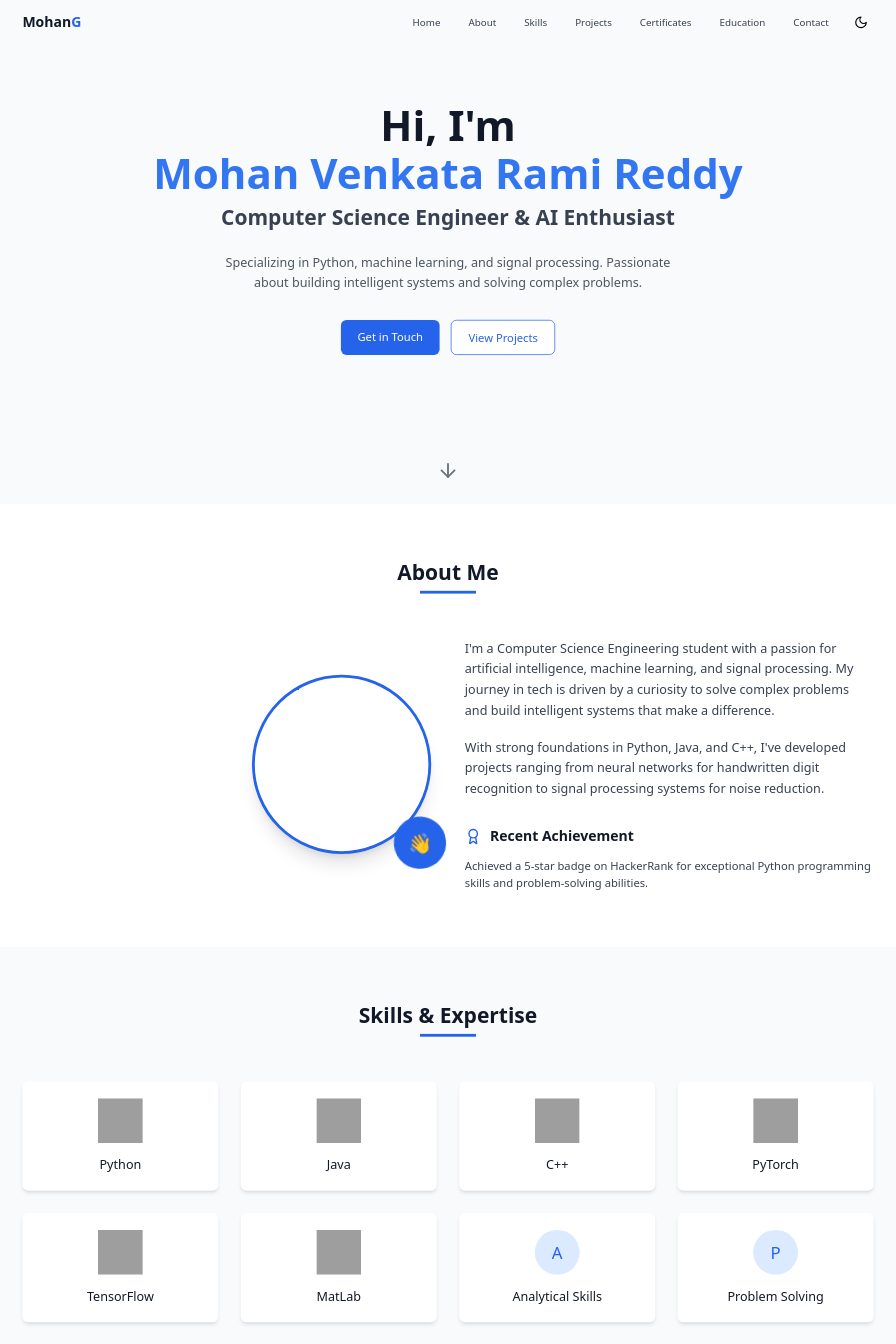
Repository: Mohan2347/updated-portfolio
Page: /
These files come from the project's save history. The page is drawn as it stood at one moment and after a run of saves; the edit follows.
The browser window is 1280 px wide. The pictures show the part of the page from y = 0 to 1920 px (the page is 5902 px tall), at 70% of full size.
Pictures or frames that could not be fetched are drawn as grey boxes. The project was rebuilt for these pictures with package versions that can differ from the ones it lists, and the page was loaded fresh each time. Also part of the build but not shown: vite.config.ts.

Above is the page before, as saved 2025-04-27 15:39:07.

### index.html
<!doctype html>
<html lang="en">
  <head>
    <meta charset="UTF-8" />
    <link rel="icon" type="image/svg+xml" href="/vite.svg" />
    <meta name="viewport" content="width=device-width, initial-scale=1.0" />
    <meta name="description" content="Portfolio of Mohan Venkata Rami Reddy Gudibandi - Computer Science Engineer & AI Enthusiast">
    <title>Mohan Gudibandi | Portfolio</title>
  </head>
  <body>
    <div id="root"></div>
    <script type="module" src="/src/main.tsx"></script>
  </body>
</html>

### src/App.tsx
import React, { useState, useEffect } from 'react';
import Navbar from './components/Navbar';
import Hero from './components/Hero';
import About from './components/About';
import Skills from './components/Skills';
// import Experience from './components/Experience';
import Projects from './components/Projects';
import Certificates from './components/Certificates';
import Education from './components/Education';
import Contact from './components/Contact';
import Footer from './components/Footer';
import Background from './components/Background';

function App() {
  const [isDarkMode, setIsDarkMode] = useState(false);

  useEffect(() => {
    const savedDarkMode = localStorage.getItem('darkMode');

    if (savedDarkMode === 'true') {
      setIsDarkMode(true);
      document.documentElement.classList.add('dark');
    } else if (savedDarkMode === null) {
      const prefersDark = window.matchMedia('(prefers-color-scheme: dark)').matches;
      setIsDarkMode(prefersDark);
      if (prefersDark) document.documentElement.classList.add('dark');
    }
  }, []);

  const toggleDarkMode = () => {
    setIsDarkMode(!isDarkMode);

    if (!isDarkMode) {
      document.documentElement.classList.add('dark');
      localStorage.setItem('darkMode', 'true');
    } else {
      document.documentElement.classList.remove('dark');
      localStorage.setItem('darkMode', 'false');
    }
  };

  return (
    <div className="min-h-screen bg-white dark:bg-gray-900 transition-colors duration-300">
      <Background />
      <Navbar isDarkMode={isDarkMode} toggleDarkMode={toggleDarkMode} />
      <Hero />
      <About />
      <Skills />
      {/* <Experience /> */}
      <Projects />
      <Certificates />
      <Education />
      <Contact />
      <Footer isDarkMode={isDarkMode} toggleDarkMode={toggleDarkMode} />
    </div>
  );
}

export default App;

### src/components/Skills.tsx
import React from 'react';
import { skills } from '../data/portfolio';
import { motion } from 'framer-motion';

const Skills: React.FC = () => {
  const skillIcons = {
    'Python': 'https://cdn.jsdelivr.net/gh/devicons/devicon/icons/python/python-original.svg',
    'Java': 'https://cdn.jsdelivr.net/gh/devicons/devicon/icons/java/java-original.svg',
    'C++': 'https://cdn.jsdelivr.net/gh/devicons/devicon/icons/cplusplus/cplusplus-original.svg',
    'PyTorch': 'https://cdn.jsdelivr.net/gh/devicons/devicon/icons/pytorch/pytorch-original.svg',
    'TensorFlow': 'https://cdn.jsdelivr.net/gh/devicons/devicon/icons/tensorflow/tensorflow-original.svg',
    'MatLab': 'https://cdn.jsdelivr.net/gh/devicons/devicon/icons/matlab/matlab-original.svg',
    'Jupyter Notebook': 'https://cdn.jsdelivr.net/gh/devicons/devicon/icons/jupyter/jupyter-original.svg',
    'VS Code': 'https://cdn.jsdelivr.net/gh/devicons/devicon/icons/vscode/vscode-original.svg',
    'GitHub': 'https://cdn.jsdelivr.net/gh/devicons/devicon/icons/github/github-original.svg',
  };

  const container = {
    hidden: { opacity: 0 },
    show: {
      opacity: 1,
      transition: {
        staggerChildren: 0.1
      }
    }
  };

  const item = {
    hidden: { opacity: 0, y: 20 },
    show: { opacity: 1, y: 0 }
  };

  return (
    <section id="skills" className="py-20 bg-gray-50 dark:bg-gray-900 transition-colors duration-300">
      <div className="max-w-7xl mx-auto px-4 sm:px-6 lg:px-8">
        <div className="text-center mb-16">
          <h2 className="text-3xl font-bold text-gray-900 dark:text-white transition-colors duration-300">
            Skills & Expertise
          </h2>
          <div className="mt-2 h-1 w-20 bg-blue-600 mx-auto"></div>
        </div>

        <motion.div
          variants={container}
          initial="hidden"
          animate="show"
          className="grid grid-cols-2 md:grid-cols-3 lg:grid-cols-4 gap-8"
        >
          {skills.map((skill) => (
            <motion.div
              key={skill.name}
              variants={item}
              className="bg-white dark:bg-gray-800 rounded-lg p-6 shadow-md transition-all duration-300 hover:shadow-lg hover:scale-105"
            >
              <div className="flex flex-col items-center space-y-4">
                {skillIcons[skill.name] ? (
                  <img
                    src={skillIcons[skill.name]}
                    alt={skill.name}
                    className="w-16 h-16"
                  />
                ) : (
                  <div className="w-16 h-16 bg-blue-100 dark:bg-blue-900 rounded-full flex items-center justify-center">
                    <span className="text-2xl text-blue-600 dark:text-blue-400">{skill.name[0]}</span>
                  </div>
                )}
                <h3 className="text-lg font-medium text-gray-900 dark:text-white text-center">
                  {skill.name}
                </h3>
              </div>
            </motion.div>
          ))}
        </motion.div>
      </div>
    </section>
  );
};

export default Skills;

### src/components/Certificates.tsx
import React from 'react';
import { certificates } from '../data/portfolio';
import { Award } from 'lucide-react';

const Certificates: React.FC = () => {
  return (
    <section id="certificates" className="py-20 bg-gray-50 dark:bg-gray-900 transition-colors duration-300">
      <div className="max-w-7xl mx-auto px-4 sm:px-6 lg:px-8">
        <div className="text-center mb-16">
          <h2 className="text-3xl font-bold text-gray-900 dark:text-white transition-colors duration-300">
            Certificates
          </h2>
          <div className="mt-2 h-1 w-20 bg-blue-600 mx-auto"></div>
        </div>

        <div className="grid grid-cols-1 md:grid-cols-2 lg:grid-cols-3 gap-8">
          {certificates.map((certificate, index) => (
            <div
              key={index}
              className="bg-white dark:bg-gray-800 rounded-lg overflow-hidden shadow-md transition-all duration-300 hover:shadow-lg hover:translate-y-[-5px]"
            >
              <div className="h-48 overflow-hidden">
                <img
                  src={certificate.image}
                  alt={certificate.title}
                  className="w-full h-full object-cover transform hover:scale-110 transition-transform duration-300"
                />
              </div>

              <div className="p-6">
                <div className="flex items-center mb-4">
                  <Award size={24} className="text-blue-600 mr-3" />
                  <h3 className="text-xl font-semibold text-gray-900 dark:text-white transition-colors duration-300">
                    {certificate.title}
                  </h3>
                </div>

                <p className="text-blue-600 dark:text-blue-400 font-medium transition-colors duration-300">
                  {certificate.issuer}
                </p>

                <p className="text-sm text-gray-500 dark:text-gray-400 mb-4 transition-colors duration-300">
                  {certificate.date}
                </p>

                <p className="text-gray-700 dark:text-gray-300 transition-colors duration-300">
                  {certificate.description}
                </p>
              </div>
            </div>
          ))}
        </div>
      </div>
    </section>
  );
};

export default Certificates;

### src/components/Education.tsx
import React from 'react';
import { education } from '../data/portfolio';
import { GraduationCap } from 'lucide-react';

const Education: React.FC = () => {
  return (
    <section id="education" className="py-20 bg-white dark:bg-gray-800 transition-colors duration-300">
      <div className="max-w-7xl mx-auto px-4 sm:px-6 lg:px-8">
        <div className="text-center mb-16">
          <h2 className="text-3xl font-bold text-gray-900 dark:text-white transition-colors duration-300">
            Education
          </h2>
          <div className="mt-2 h-1 w-20 bg-blue-600 mx-auto"></div>
        </div>

        <div className="relative">
          {/* Timeline line */}
          <div className="absolute left-0 sm:left-1/2 transform sm:translate-x-[-50%] h-full w-1 bg-blue-200 dark:bg-blue-900 transition-colors duration-300"></div>

          <div className="space-y-12">
            {education.map((edu, index) => (
              <div key={index} className="relative">
                {/* Timeline dot */}
                <div className="absolute left-0 sm:left-1/2 transform sm:translate-x-[-50%] w-6 h-6 rounded-full bg-blue-600 border-4 border-white dark:border-gray-800 transition-colors duration-300"></div>

                <div className={`sm:w-1/2 ml-10 sm:ml-0 ${
                  index % 2 === 0 ? 'sm:pr-12 sm:text-right' : 'sm:pl-12 sm:ml-auto'
                }`}>
                  <div className="bg-gray-50 dark:bg-gray-700 p-5 rounded-lg shadow-md transition-all duration-300 hover:shadow-lg">
                    <div className={`flex items-center mb-2 ${
                      index % 2 === 0 ? 'justify-end' : ''
                    }`}>
                      <GraduationCap size={20} className={`text-blue-600 ${
                        index % 2 === 0 ? 'ml-2 order-2' : 'mr-2'
                      }`} />
                      <h3 className="text-lg font-semibold text-gray-900 dark:text-white transition-colors duration-300">
                        {edu.institution}
                      </h3>
                    </div>

                    <p className="text-gray-600 dark:text-gray-300 transition-colors duration-300">
                      {edu.location}
                    </p>

                    <p className="text-blue-600 dark:text-blue-400 font-medium mt-2 transition-colors duration-300">
                      {edu.degree}
                    </p>

                    <div className="flex flex-wrap items-center justify-between mt-2">
                      <span className="bg-blue-100 dark:bg-blue-900 text-blue-800 dark:text-blue-200 px-3 py-1 rounded-full text-sm transition-colors duration-300">
                        {edu.score}
                      </span>
                      <span className="text-gray-500 dark:text-gray-400 text-sm transition-colors duration-300">
                        {edu.period}
                      </span>
                    </div>
                  </div>
                </div>
              </div>
            ))}
          </div>
        </div>
      </div>
    </section>
  );
};

export default Education;

### src/components/Footer.tsx
import React from 'react';
import { Heart } from 'lucide-react';

interface FooterProps {
  isDarkMode: boolean;
  toggleDarkMode: () => void;
}

const Footer: React.FC<FooterProps> = ({ isDarkMode, toggleDarkMode }) => {
  const currentYear = new Date().getFullYear();

  return (
    <footer className="bg-white dark:bg-gray-800 py-8 transition-colors duration-300">
      <div className="max-w-7xl mx-auto px-4 sm:px-6 lg:px-8">
        <div className="border-t border-gray-200 dark:border-gray-700 pt-8 transition-colors duration-300">
          <div className="flex flex-col md:flex-row justify-between items-center">
            <div className="mb-4 md:mb-0">
              <p className="text-gray-600 dark:text-gray-400 transition-colors duration-300">
                &copy; {currentYear} Mohan Venkata Rami Reddy. All rights reserved.
              </p>
            </div>

            <div className="flex items-center space-x-6">
              <button
                onClick={toggleDarkMode}
                className="text-gray-600 dark:text-gray-400 hover:text-blue-600 dark:hover:text-blue-400 transition-colors duration-300"
                aria-label={isDarkMode ? "Switch to light mode" : "Switch to dark mode"}
              >
                {isDarkMode ? "Light Mode" : "Dark Mode"}
              </button>

              <a
                href="#home"
                className="text-gray-600 dark:text-gray-400 hover:text-blue-600 dark:hover:text-blue-400 transition-colors duration-300"
              >
                Back to Top
              </a>
            </div>
          </div>

          <div className="mt-6 text-center text-gray-500 dark:text-gray-500 text-sm transition-colors duration-300 flex items-center justify-center">
            <span>Built with</span>
            <Heart size={16} className="text-red-500 mx-1" />
            <span>using React & Tailwind CSS</span>
          </div>
        </div>
      </div>
    </footer>
  );
};

export default Footer;

### src/components/Background.tsx
import React from 'react';
import { useCallback } from "react";
import Particles from "react-particles";
import type { Container, Engine } from "tsparticles-engine";
import { loadSlim } from "tsparticles-slim";

const Background: React.FC = () => {
  const particlesInit = useCallback(async (engine: Engine) => {
    await loadSlim(engine);
  }, []);

  const particlesLoaded = useCallback(async (container: Container | undefined) => {
    console.log(container);
  }, []);

  return (
    <Particles
      className="fixed top-0 left-0 w-full h-full -z-10"
      id="tsparticles"
      init={particlesInit}
      loaded={particlesLoaded}
      options={{
        background: {
          color: {
            value: "transparent",
          },
        },
        fpsLimit: 120,
        interactivity: {
          events: {
            onClick: {
              enable: true,
              mode: "push",
            },
            onHover: {
              enable: true,
              mode: "grab",
              parallax: {
                enable: true,
                force: 60,
                smooth: 10
              }
            },
            resize: true,
          },
          modes: {
            push: {
              quantity: 4,
            },
            grab: {
              distance: 200,
              links: {
                opacity: 0.5
              }
            }
          },
        },
        particles: {
          color: {
            value: "#3b82f6",
          },
          links: {
            color: "#3b82f6",
            distance: 150,
            enable: true,
            opacity: 0.3,
            width: 1,
            triangles: {
              enable: true,
              opacity: 0.05
            }
          },
          move: {
            direction: "none",
            enable: true,
            outModes: {
              default: "bounce",
            },
            random: false,
            speed: 1,
            straight: false,
            attract: {
              enable: true,
              rotateX: 600,
              rotateY: 1200
            }
          },
          number: {
            density: {
              enable: true,
              area: 800,
            },
            value: 80,
          },
          opacity: {
            value: 0.5,
            random: true,
            anim: {
              enable: true,
              speed: 1,
              opacity_min: 0.1,
              sync: false
            }
          },
          shape: {
            type: "circle",
          },
          size: {
            value: { min: 1, max: 3 },
            random: true,
            anim: {
              enable: true,
              speed: 2,
              size_min: 0.1,
              sync: false
            }
          },
        },
        detectRetina: true,
      }}
    />
  );
};

export default Background;

### src/data/portfolio.ts
import { Skill, Project, Certificate, Education, Achievement, NavItem, Experience } from '../types';
import { img } from "../assests/img1.jpg"

export const navItems: NavItem[] = [
  { label: 'Home', href: '#home' },
  { label: 'About', href: '#about' },
  { label: 'Skills', href: '#skills' },
  // { label: 'Experience', href: '#experience' },
  { label: 'Projects', href: '#projects' },
  { label: 'Certificates', href: '#certificates' },
  { label: 'Education', href: '#education' },
  { label: 'Contact', href: '#contact' }
];

export const skills: Skill[] = [
  { name: 'Python', level: 90, category: 'language' },
  { name: 'Java', level: 85, category: 'language' },
  { name: 'C++', level: 80, category: 'language' },
  { name: 'PyTorch', level: 85, category: 'framework' },
  { name: 'TensorFlow', level: 80, category: 'framework' },
  { name: 'MatLab', level: 75, category: 'framework' },
  // { name: 'Jupyter Notebook', level: 90, category: 'tool' },
  // { name: 'Google Colab', level: 85, category: 'tool' },
  // { name: 'VS Code', level: 85, category: 'tool' },
  // { name: 'GitHub', level: 80, category: 'tool' },
  { name: 'Analytical Skills', level: 90, category: 'soft' },
  { name: 'Problem Solving', level: 90, category: 'soft' },
  { name: 'Communication', level: 85, category: 'soft' }
];

export const experience: Experience[] = [
  {
    title: 'Summer Training in Data Structures & Algorithms',
    company: 'Board Infinity',
    period: 'June 2024 - July 2024',
    location: 'Remote',
    description: 'Intensive training program focused on advanced DSA concepts and problem-solving techniques.',
    details: [
      'Completed a one-month training focused on Data Structures and Algorithms (DSA), strengthening problem-solving and algorithmic skills',
      'Implemented efficient algorithms and data structures such as arrays, linked lists, trees, graphs, and dynamic programming to optimize solutions',
      'Developed optimized solutions using programming languages like Java'
    ],
    techStack: ['Java', 'Data Structures', 'Algorithms'],
    image: 'https://images.pexels.com/photos/7376/startup-photos.jpg?auto=compress&cs=tinysrgb&w=1260&h=750&dpr=2'
  }
];

export const projects: Project[] = [
  {
    id: 'digit-recognition',
    title: 'Handwritten Digit Recognition Model',
    date: 'December 2024',
    description: 'CNN-based model using PyTorch to classify handwritten digits with 98.5% accuracy',
    techStack: ['Python', 'PyTorch', 'NumPy', 'OpenCV', 'Flask'],
    details: [
      'Built a CNN using PyTorch to classify handwritten digits with 98.5% accuracy',
      'Preprocessed images and optimized model performance using data augmentation',
      'Deployed the model using Flask for real-time digit recognition',
      'Evaluated model performance using confusion matrices and precision-recall curves'
    ],
    image: 'https://images.pexels.com/photos/3861969/pexels-photo-3861969.jpeg?auto=compress&cs=tinysrgb&w=1260&h=750&dpr=2'
  },
  {
    id: 'signal-processing',
    title: 'Signal Processing and Noise Reduction',
    date: 'March 2024',
    description: 'MATLAB-based system to filter noise from real-world audio signals',
    techStack: ['MATLAB', 'Signal Processing Toolbox', 'FFT'],
    details: [
      'Developed a MATLAB-based system to filter noise from real-world audio signals',
      'Applied FFT for frequency analysis and improved Signal-to-Noise Ratio (SNR)',
      'Visualized signal transformations using MATLAB\'s plotting tools',
      'Compared filter performance with traditional noise reduction methods'
    ],
    image: 'https://images.pexels.com/photos/373543/pexels-photo-373543.jpeg?auto=compress&cs=tinysrgb&w=1260&h=750&dpr=2'
  }
];

export const certificates: Certificate[] = [
  {
    title: 'C++ Programming Certification',
    issuer: 'Coursera',
    date: 'October 2023 - February 2024',
    description: 'Gained proficiency in C++ programming, covering object-oriented concepts, data structures, and algorithms',
    image: 'https://images.pexels.com/photos/1181671/pexels-photo-1181671.jpeg?auto=compress&cs=tinysrgb&w=1260&h=750&dpr=2'
  },
  {
    title: 'The Bits and Bytes of Computer Networking',
    issuer: 'Google (Coursera)',
    date: 'August 2023 - November 2023',
    description: 'Learned networking fundamentals, including TCP/IP, DNS, cloud computing, and network security',
    image: 'https://images.pexels.com/photos/1181675/pexels-photo-1181675.jpeg?auto=compress&cs=tinysrgb&w=1260&h=750&dpr=2'
  },
  {
    title: 'SQL For Data Science Certification',
    issuer: 'Great Learning',
    date: 'January 2023 - February 2023',
    description: 'Gained expertise in SQL for data extraction, manipulation, and analysis, focusing on real-world data science applications',
    image: 'https://images.pexels.com/photos/1181677/pexels-photo-1181677.jpeg?auto=compress&cs=tinysrgb&w=1260&h=750&dpr=2'
  }
];

export const education: Education[] = [
  {
    institution: 'Lovely Professional University',
    location: 'Phagwara, Punjab',
    degree: 'B. Tech - Computer Science and Engineering',
    score: 'CGPA: 6.03',
    period: 'Since August 2022'
  },
  {
    institution: 'Vignana Bharathi Junior College',
    location: 'Chirala, Andhra Pradesh',
    degree: 'Intermediate',
    score: 'Percentage: 82.9%',
    period: 'April 2020 - March 2022'
  },
  {
    institution: 'Oxford High School',
    location: 'Parchur, Andhra Pradesh',
    degree: 'Matriculation',
    score: 'Percentage: 96%',
    period: 'April 2019 - March 2020'
  }
];

export const achievements: Achievement[] = [
  {
    title: 'Hacker Rank 5-star Python Badge',
    date: 'March 2023',
    description: 'Achieved a 5-star badge on HackerRank for exceptional Python programming skills and problem-solving abilities'
  }
];

export const contact = {
  name: 'Mohan Venkata Rami Reddy Gudibandi',
  email: 'gudibandimohan95@gmail.com',
  phone: '+91-9392409489',
  linkedin: 'linkedin.com/in/mohan-gudibandi/',
  github: 'github.com/Mohan2347',
  photo: img
};

Loaded but not shown: src/main.tsx (common file); src/index.css (common file); tailwind.config.js (37 lines, source omitted); src/components/Contact.tsx (131 lines, source omitted); src/components/Projects.tsx (108 lines, source omitted); src/components/Navbar.tsx (102 lines, source omitted); src/components/Hero.tsx (97 lines, source omitted); src/components/About.tsx (84 lines, source omitted)

After the next 2 saves:
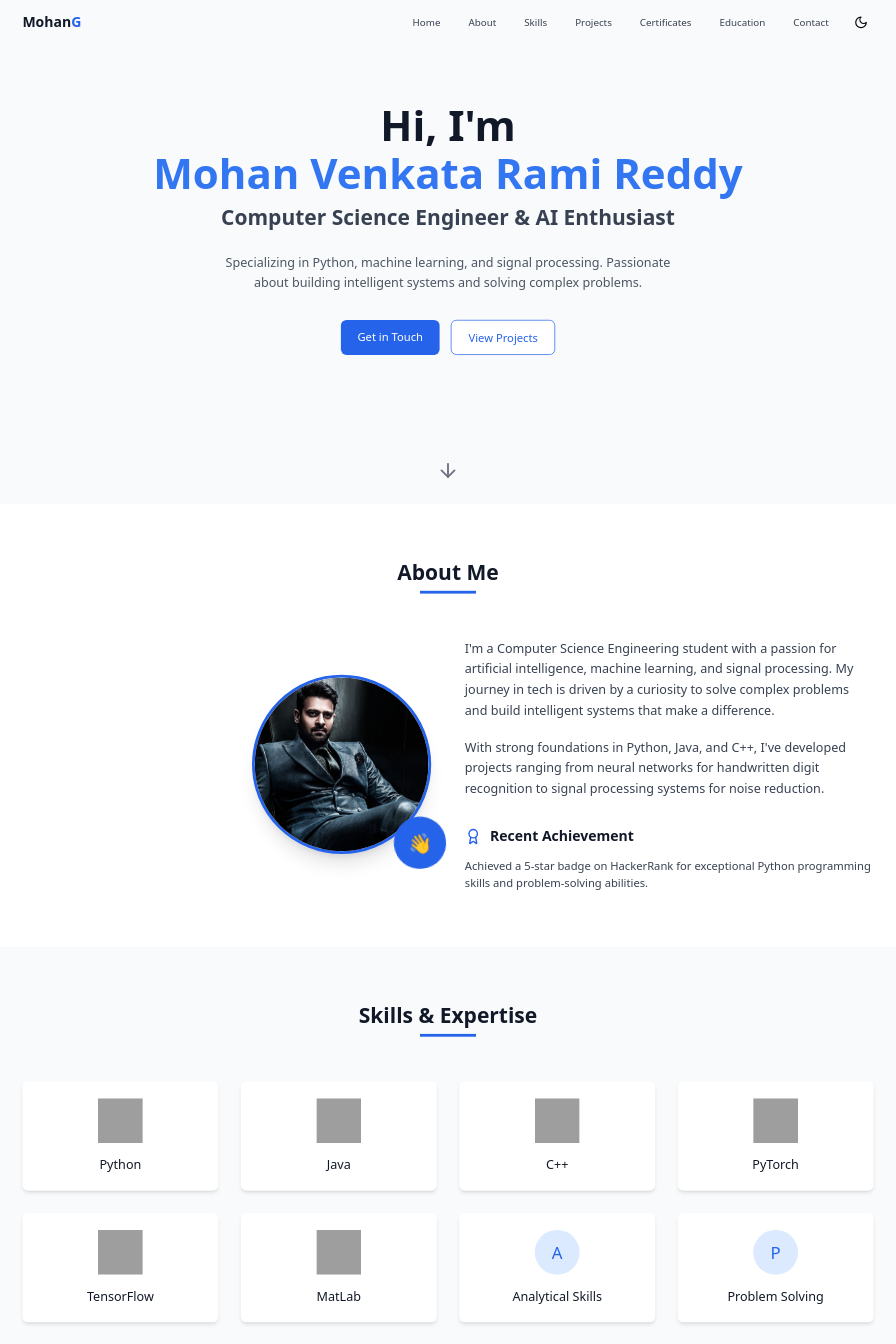
The 2 saves are shown as one change because they came seconds apart.
The last was saved 12 s later.
--- a/src/data/portfolio.ts
+++ b/src/data/portfolio.ts
@@ -1,5 +1,5 @@
 import { Skill, Project, Certificate, Education, Achievement, NavItem, Experience } from '../types';
-import { img } from "../assests/img1.jpg"
+import img  from "../assests/img1.jpg"
 
 export const navItems: NavItem[] = [
   { label: 'Home', href: '#home' },
